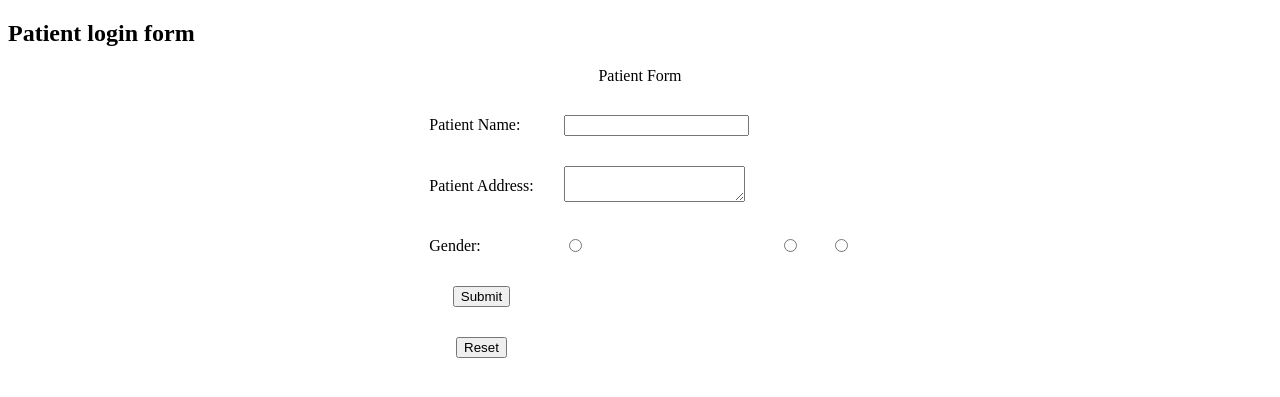
Repository: abhishek110597/Deloitte
Page: Workspace/JavaTraining/patientDetailsForm.html
The author's editor kept a copy of each file at every save. The page is drawn from the files as they stood at one save, then again after the next save.
The browser window is 1280 px wide. The pictures show the whole page.

Above is the page before, as saved 2019-12-28 05:46:22.

After the next save:
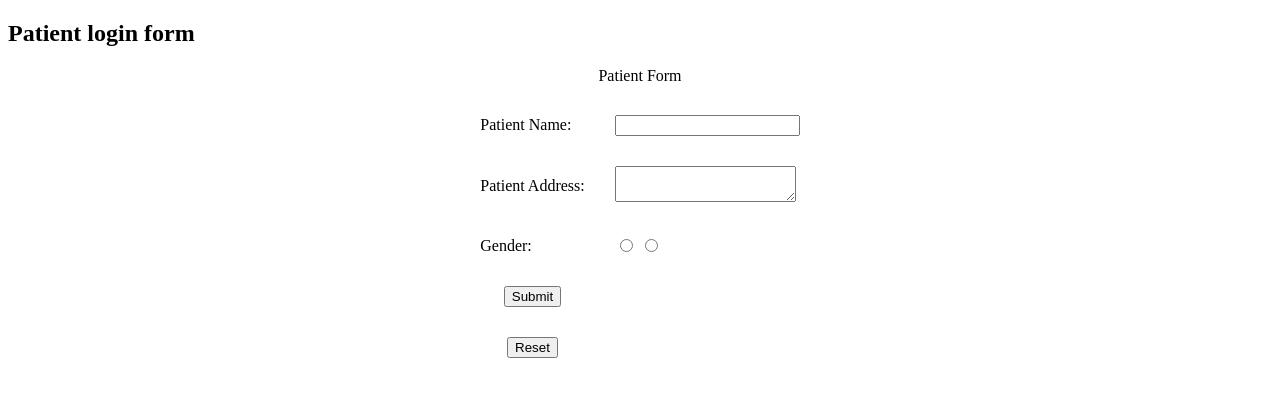
Saved 96 s later.
--- a/Workspace/JavaTraining/patientDetailsForm.html
+++ b/Workspace/JavaTraining/patientDetailsForm.html
@@ -16,16 +16,15 @@
 			</tr>
 			<tr>
 				<td>Patient Address:</td>
-				<td><textarea name="patientAddress"
-					id="patientAddress"  row="5" column="15">
-					</textarea>
-					</td>
+				<td><textarea name="patientAddress" id="patientAddress" row="5"
+						column="15">
+					</textarea></td>
 			</tr>
 			<tr>
 				<td>Gender:</td>
-				<td><input type="radio" value="Male" name="gender" id="male" /></td>
-				<td><input type="radio" value="Female" name="gender" id="female" /></td>
-				<td><input type="radio" value="Other" name="gender" id="other" /></td>
+				<td><input type="radio" value="Male" name="gender" id="male" />
+					<input type="radio" value="Female" name="gender" id="female" />
+					<inputtype="radio" value="Other" name="gender" id="other" /></td>
 			</tr>
 			<tr>
 				<td align="center"><input type="submit" value="Submit"
